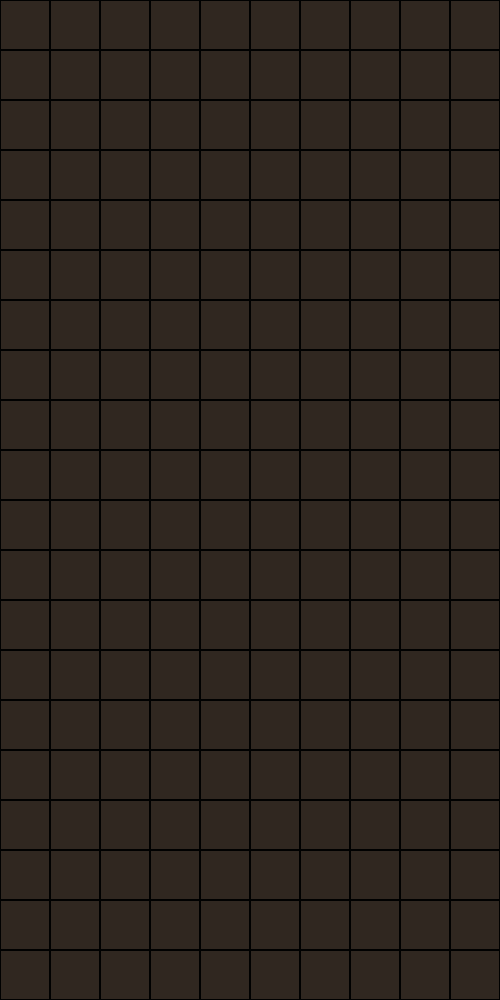
Repository: lucacdev/Tetris
Script's output: python main.py
These files come from the project's save history. The script's output is drawn as it stood at one moment and after the next save; the edit follows.
The window is shown after at most 60 frames with no key pressed. Random numbers start from a fixed seed.

Above is the script's output before, as saved 2024-02-29 18:10:00.

### main.py
from settings import *
from tetris import Tetris
import sys

class App:
    def __init__(self):
        pg.init()
        pg.display.set_caption('Tetris')
        self.screen = pg.display.set_mode(FIELD_RES)
        self.clock = pg.time.Clock()
        self.tetris = Tetris(self)

    def update(self):
        self.tetris.update()
        self.clock.tick(FPS)

    def draw(self):
        self.screen.fill(color=FIELD_COLOUR)
        self.tetris.draw()
        pg.display.flip()

    def check_events(self):
        for event in pg.event.get():
            if event.type == pg.QUIT or (event.type == pg.KEYDOWN and event.key == pg.KEY_ESCAPE):
                pg.quit()
                sys.exit()

    def run(self):
        while True:
            self.check_events()
            self.update()
            self.draw()

if __name__ == '__main__':
    app = App()
    app.run()

### settings.py
import pygame as pg

FPS = 60
FIELD_COLOUR = (48, 39, 32)

TILE_SIZE = 50
FIELD_SIZE = FIELD_W, FIELD_H = 10, 20
FIELD_RES = FIELD_W * TILE_SIZE, FIELD_H * TILE_SIZE

### tetris.py
from settings import *
import math

class Tetris:
    def __init__(self, app):
        self.app = app

    def draw_grid(self):
        for x in range (FIELD_W):
            for y in range (FIELD_H):
                pg.draw.rect(self.app.screen, 'black',
                             (x * TILE_SIZE, y * TILE_SIZE, TILE_SIZE, TILE_SIZE), 1)

    def update(self):
        pass

    def draw(self):
        self.draw_grid()

After the next save:
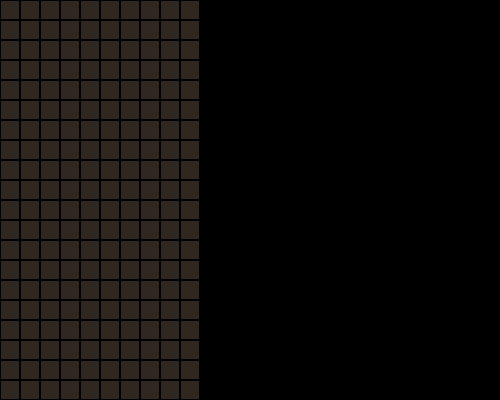
Saved 51 s later.
--- a/settings.py
+++ b/settings.py
@@ -3,6 +3,6 @@
 FPS = 60
 FIELD_COLOUR = (48, 39, 32)
 
-TILE_SIZE = 50
+TILE_SIZE = 20
 FIELD_SIZE = FIELD_W, FIELD_H = 10, 20
 FIELD_RES = FIELD_W * TILE_SIZE, FIELD_H * TILE_SIZE
